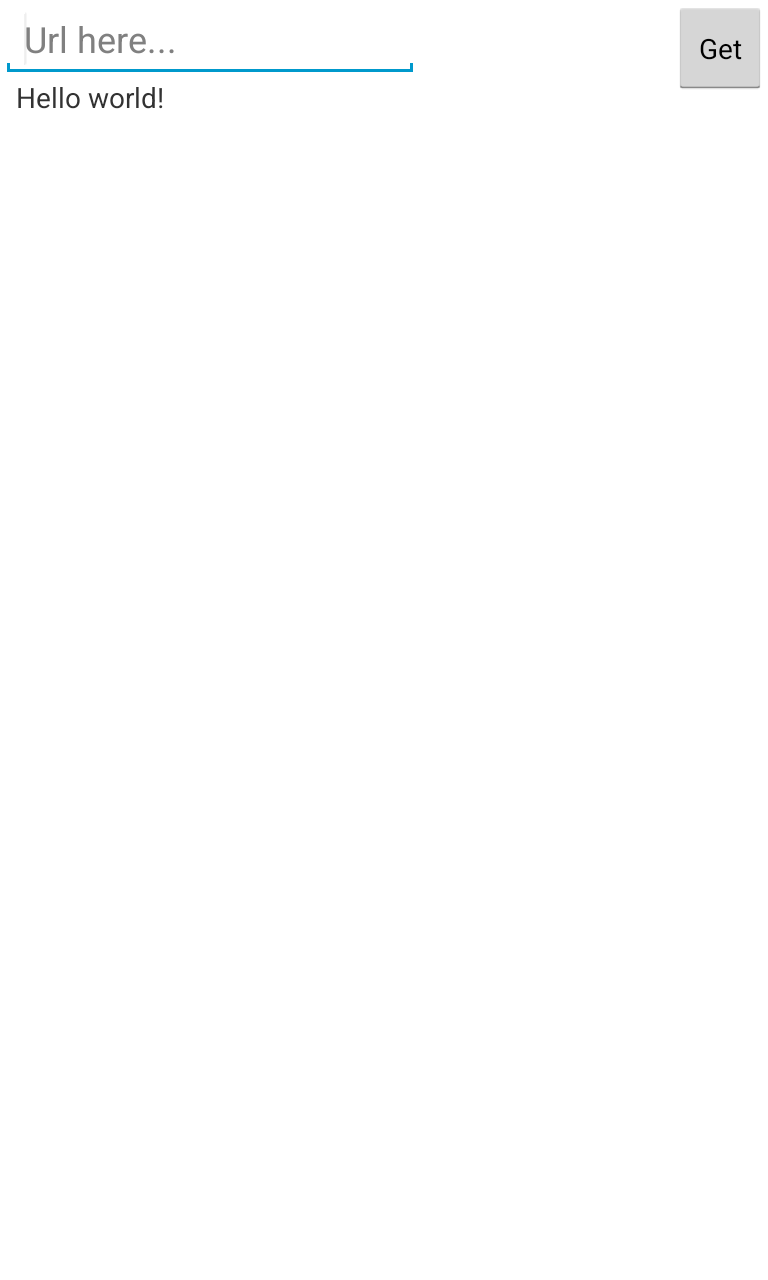
Repository: mpgopala/android-examples
Layout: HttpClientExample/res/layout/activity_main.xml
An editor plug-in stored every save of this project. The layout is shown before and after the next save, followed by the edit.
It is drawn on a 768 x 1280 px phone screen (xhdpi) without system bars, with theme AppTheme; the app's code is not run.

Above is the layout before, as saved 2012-08-15 16:38:27.

### HttpClientExample/res/layout/activity_main.xml
<RelativeLayout xmlns:android="http://schemas.android.com/apk/res/android"
    xmlns:tools="http://schemas.android.com/tools"
    android:layout_width="match_parent"
    android:layout_height="match_parent" >

    <TextView
        android:id="@+id/myText"
        android:layout_width="wrap_content"
        android:layout_height="wrap_content"
        android:layout_alignParentBottom="true"
        android:layout_alignParentLeft="true"
        android:layout_alignParentRight="true"
        android:layout_alignParentTop="true"
        android:layout_marginTop="31dp"
        android:padding="@dimen/padding_medium"
        android:text="@string/hello_world"
        tools:context=".MainActivity" />

    <EditText
        android:id="@+id/myUrl"
        android:layout_width="wrap_content"
        android:layout_height="wrap_content"
        android:layout_alignParentLeft="true"
        android:layout_alignParentTop="true"
        android:ems="10"
        android:hint="@string/url_here"
        android:inputType="textUri" >

        <requestFocus />
    </EditText>

    <Button
        android:id="@+id/buttonGet"
        style="?android:attr/buttonStyleSmall"
        android:layout_width="wrap_content"
        android:layout_height="wrap_content"
        android:layout_alignParentRight="true"
        android:layout_alignParentTop="true"
        android:onClick="clickHandler"
        android:text="@string/get" />

</RelativeLayout>

### HttpClientExample/res/values/strings.xml
<resources>

    <string name="app_name">HttpClientExample</string>
    <string name="hello_world">Hello world!</string>
    <string name="menu_settings">Settings</string>
    <string name="title_activity_main">MainActivity</string>
    <string name="url_here">Url here...</string>
    <string name="get">Get</string>

</resources>

Loaded but not shown: HttpClientExample/res/values-v11/styles.xml (common file); HttpClientExample/res/values-v14/styles.xml (common file); HttpClientExample/res/values/styles.xml (common file); HttpClientExample/res/values/dimens.xml (common file)

After the next save:
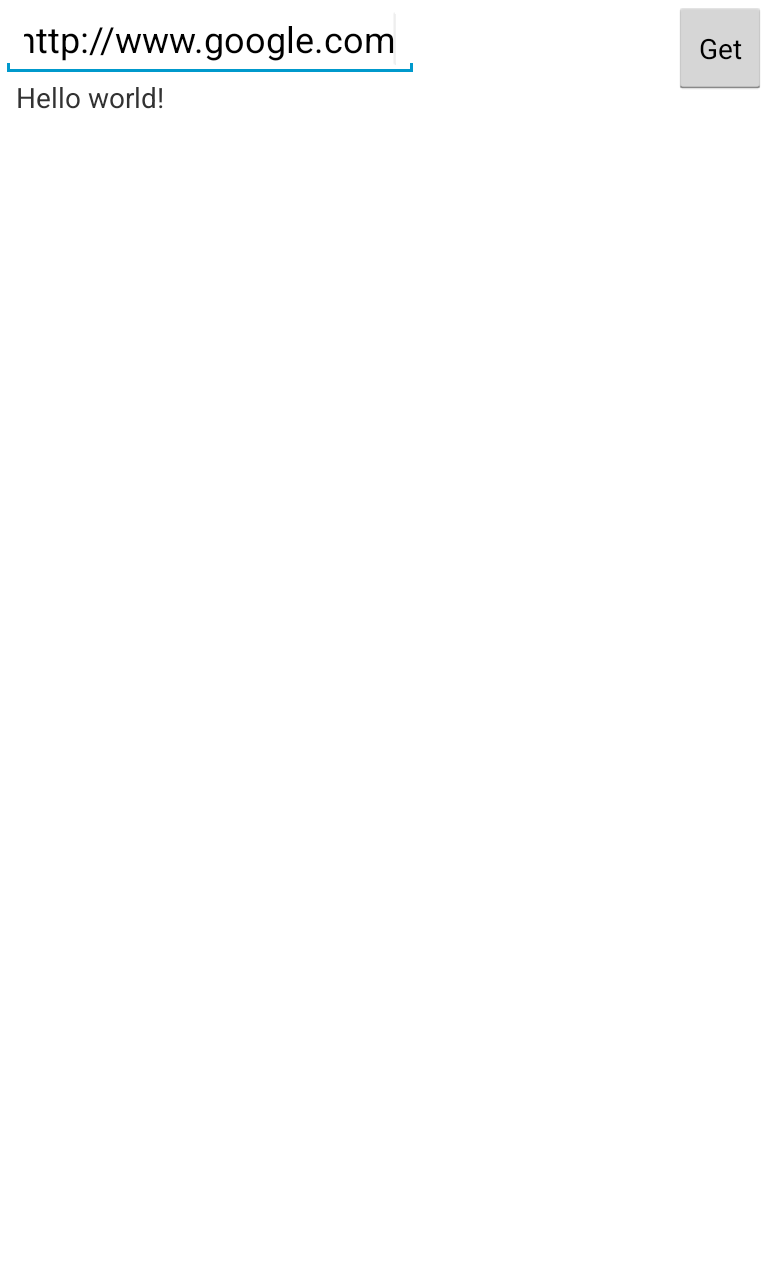
Saved 87 s later.
--- a/HttpClientExample/res/layout/activity_main.xml
+++ b/HttpClientExample/res/layout/activity_main.xml
@@ -24,7 +24,8 @@
         android:layout_alignParentTop="true"
         android:ems="10"
         android:hint="@string/url_here"
-        android:inputType="textUri" >
+        android:inputType="textUri"
+        android:text="http://www.google.com" >
 
         <requestFocus />
     </EditText>
